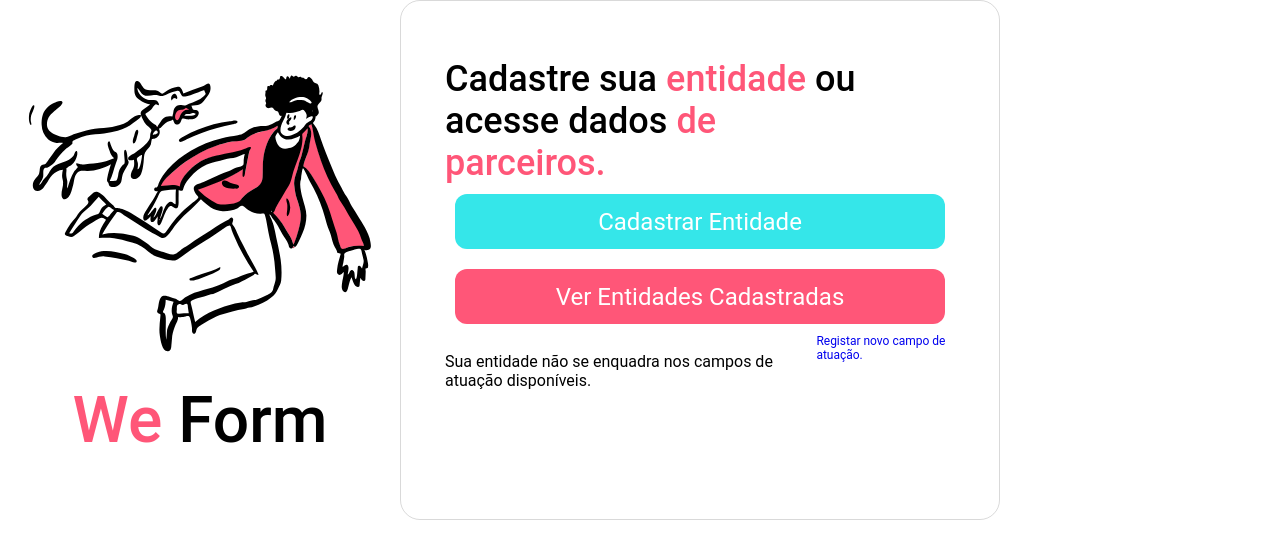
Repository: guilhermecardoso93/we-form
Page: index.html
The author's editor kept a copy of each file at every save. The page is drawn from the files as they stood at one save, then again after the next save.
The browser window is 1280 px wide. The pictures show the whole page.

Above is the page before, as saved 2024-06-09 17:34:21.

### index.html
<!DOCTYPE html>
<html lang="pt-BR">

<head>
    <meta charset="UTF-8">
    <meta name="viewport" content="width=device-width, initial-scale=1.0">
    <link rel="stylesheet" href="./styles.css">
    <title>We Form</title>
</head>

<body>
    <div class="content">

        <aside>
            <img src="./assets/hero.svg" alt="Ilustração mulher com cachorro" />
            <h1>
                <span>We</span> Form
            </h1>
        </aside>

        <main>
            <h2>Cadastre sua <span>entidade</span> ou acesse dados <span>de parceiros.</span></h2>
            <div class="buttons">
                <button>
                <a href="http://">Cadastrar Entidade</a>
            </button>
                <button>
                <a href="http://">Ver Entidades Cadastradas</a>
            </button>
            </div>
            <div class="footer">
                <p>Sua entidade não se enquadra nos campos de atuação disponíveis.</p>
                <a href="http://">Registar novo campo de atuação.</a>
            </div>
        </main>
    </div>
</body>

</html>

### styles.css
* {
  padding: 0;
  margin: 0;
  box-sizing: border-box;
  font-family: Roboto, sans-serif;
}

:root {
  font-size: 62.5%;
}

body {
  margin: auto;
  font-size: 1.6rem;
}

.content {
  display: flex;
}

aside {
  display: flex;
  flex-direction: column;
  align-items: center;
  justify-content: center;
  gap: 2rem;
}

aside h1 {
  font-size: 6.4rem;
  font-weight: 500;
  line-height: 75px;
}

aside h1>span, main h2>span {
  color: #FF5678;
}

aside img {
  width: 40rem;
}


main {
  width: 60rem;
  height: 52rem;
  border: 1px solid rgba(0, 0, 0, 0.15);
  border-radius: 20px;
  padding: 5.7rem 4.4rem;
}

main h2 {
  max-width: 43rem;
  font-size: 3.6rem;
  font-weight: 500;
}

.buttons {
  display: flex;
  flex-direction: column;
  justify-content: center;
  gap: 2rem;
  text-decoration: none;
  margin: 1rem;
}


.buttons button {
  background-color: #35e6e9;
  height: 5.5rem;
  border: none;
  border-radius: 12px;
}

.buttons button:hover {
  opacity: 0.5;
}

.buttons button a {
  text-decoration: none;
  color: #fff;
  font-size: 2.4rem;
}

.buttons button+button {
  background-color: #FF5678;
}

.footer {
  display: flex;
}
.footer p {
  font-size:1.6rem;
  margin-top: 1.8rem;
}

.footer a {
  font-size:1.2rem;
  text-decoration: none;
}

After the next save:
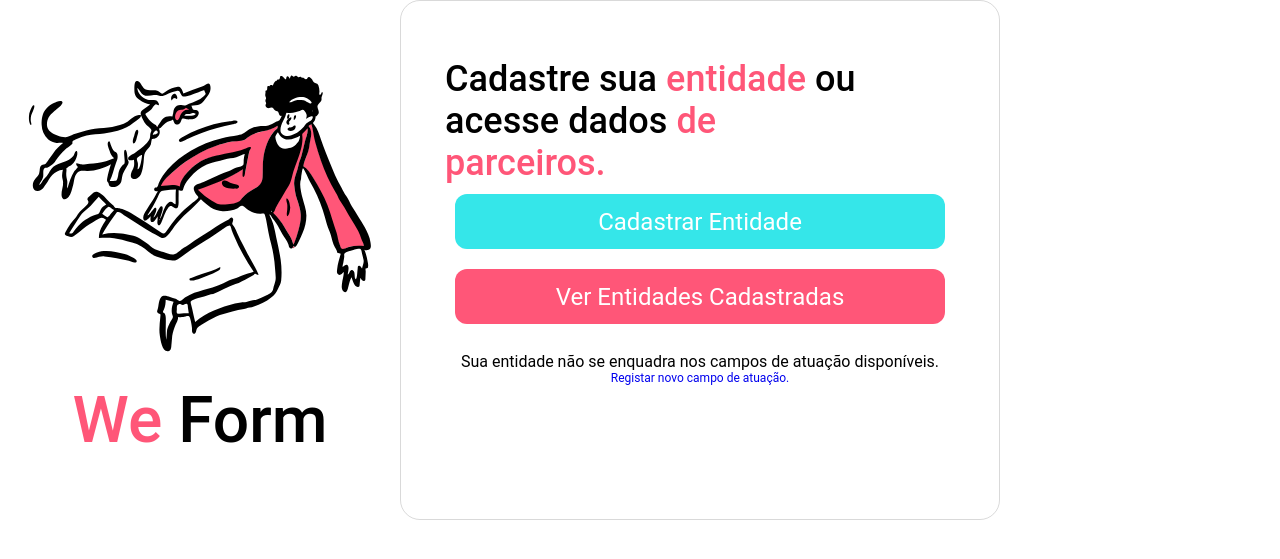
Saved 13 s later.
--- a/styles.css
+++ b/styles.css
@@ -87,7 +87,7 @@ main h2 {
 }
 
 .footer {
-  display: flex;
+  display: flex;flex-direction: column; align-items: center; justify-content: center;
 }
 .footer p {
   font-size:1.6rem;
